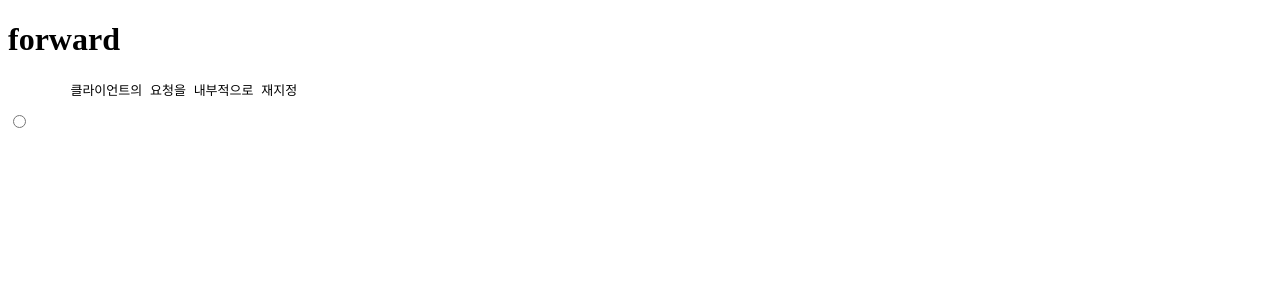
Repository: vaynel/StudyFile
Page: H_spring/spring04_servlet/WebContent/c_forward.html
These files come from the project's save history. The page is drawn as it stood at one moment and after the next save; the edit follows.
The browser window is 1280 px wide. The pictures show the whole page.

Above is the page before, as saved 2023-01-18 05:18:28.

### H_spring/spring04_servlet/WebContent/c_forward.html
<!DOCTYPE html>
<html>
<head>
<meta charset="UTF-8">
<title>Insert title here</title>
</head>
<body>

<h1>forward</h1>
<pre>
	클라이언트의 요청을 내부적으로 재지정
</pre>
<form action="/spring04_servlet/puppy">
	<label><input type="radio" value="name" name="type"></label>
</form>



</body>
</html>

After the next save:
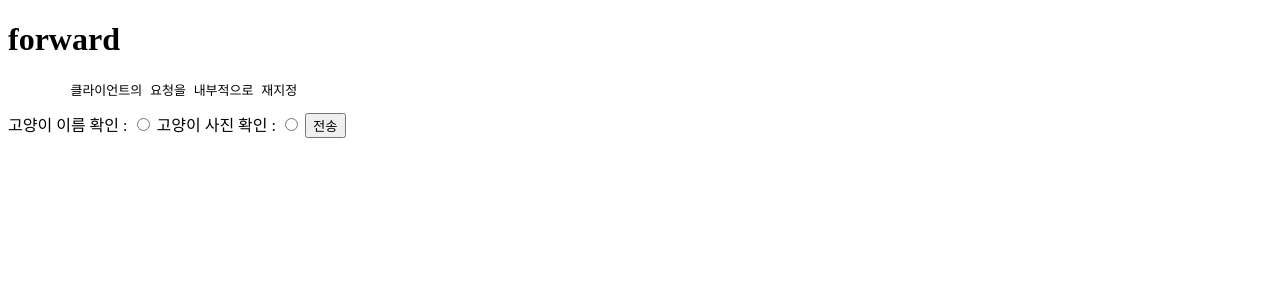
Saved 27 s later.
--- a/H_spring/spring04_servlet/WebContent/c_forward.html
+++ b/H_spring/spring04_servlet/WebContent/c_forward.html
@@ -11,7 +11,9 @@
 	클라이언트의 요청을 내부적으로 재지정
 </pre>
 <form action="/spring04_servlet/puppy">
-	<label><input type="radio" value="name" name="type"></label>
+	<label>고양이 이름 확인 : <input type="radio" value="name" name="type"></label>
+	<label>고양이 사진 확인 : <input type="radio" value="img" name="type"></label>
+	<button>전송</button>
 </form>
 
 
